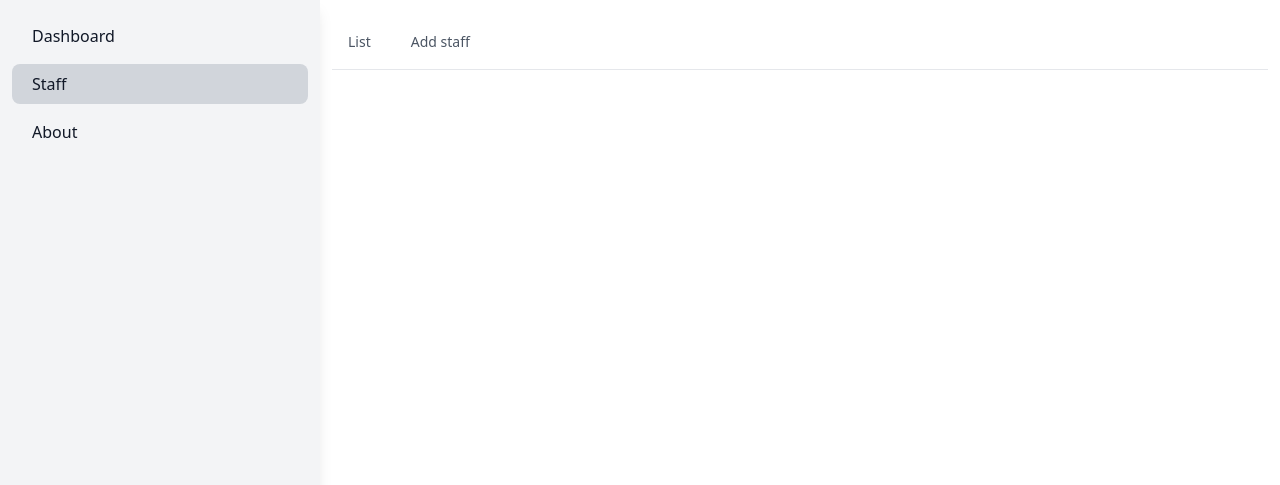
Repository: daohuyhoang9119/React-Router-6.4--Practice
Page: /staff
The author's editor kept a copy of each file at every save. The page is drawn from the files as they stood at one save, then again after the next save.
The browser window is 1280 px wide. The pictures show the whole page.
The project was rebuilt for these pictures with package versions that can differ from the ones it lists, and the page was loaded fresh each time. Also part of the build but not shown: src/pages/404/Page404.tsx, src/pages/About/About.tsx, src/pages/Dashboard/Dashboard.tsx, src/components/StaffItem/StaffItem.tsx.

Above is the page before, as saved 2022-11-07 23:27:34.

After the next save:
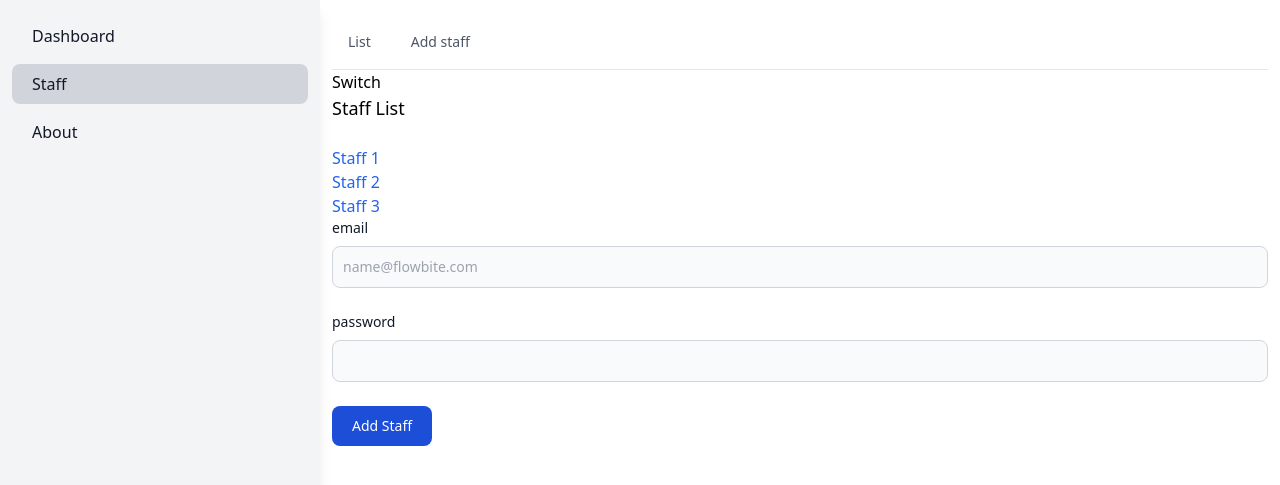
Saved 6 min 6 s later.
--- a/src/pages/Staff/Staff.tsx
+++ b/src/pages/Staff/Staff.tsx
@@ -33,13 +33,12 @@ export default function Staff() {
           </li>
         </ul>
       </div>
-
-      {/* <StaffList /> */}
+      Switch
+      <StaffList />
       {/* <Link to='/staff/add' className='font-medium text-blue-600 hover:underline dark:text-blue-500'>
         Add staff
       </Link> */}
-
-      {/* <AddStaff /> */}
+      <AddStaff />
     </div>
   )
 }
